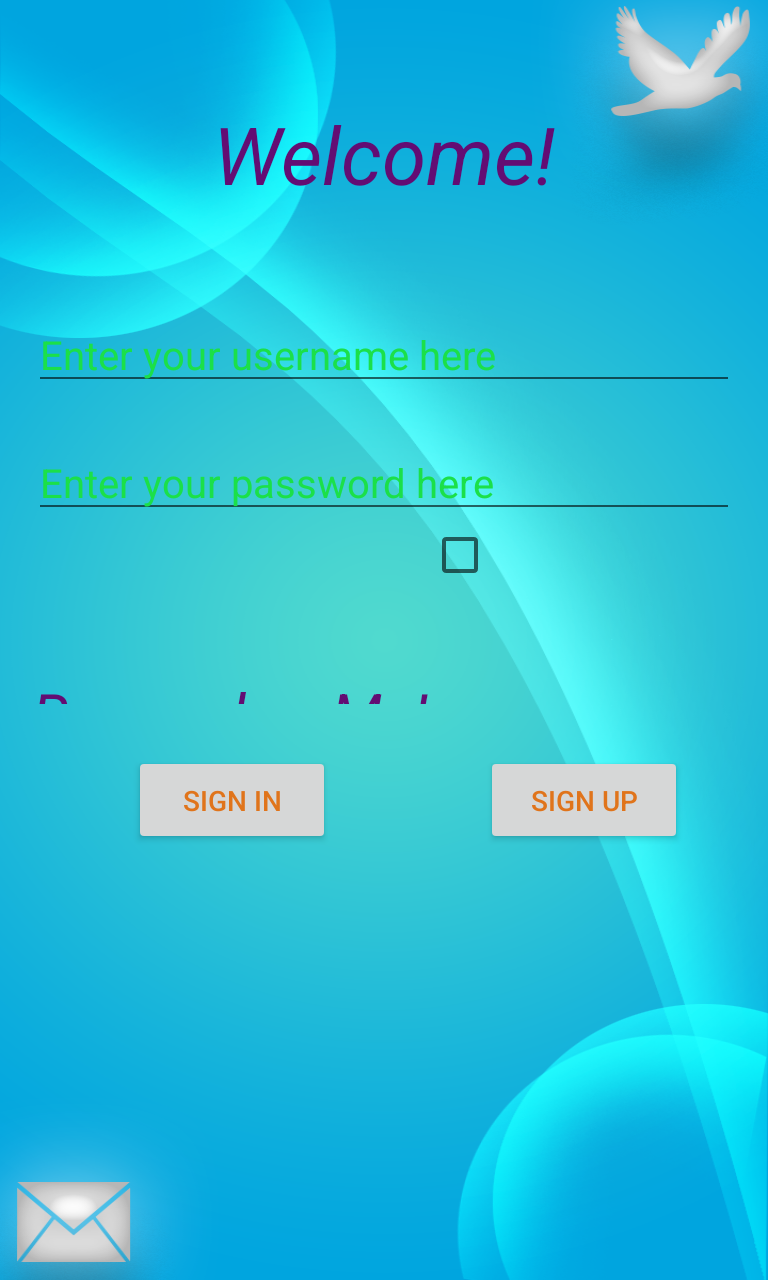
Repository: JodyCoolit/android
Layout: Delivery/res/layout/activity_login.xml
The author's editor kept a copy of each file at every save. The layout is drawn from the files as they stood at one save, then again after the next save.
It is drawn on a 768 x 1280 px phone screen (xhdpi) without system bars, with theme AppTheme; the app's code is not run.

Above is the layout before, as saved 2014-08-25 02:26:05.

After the next save:
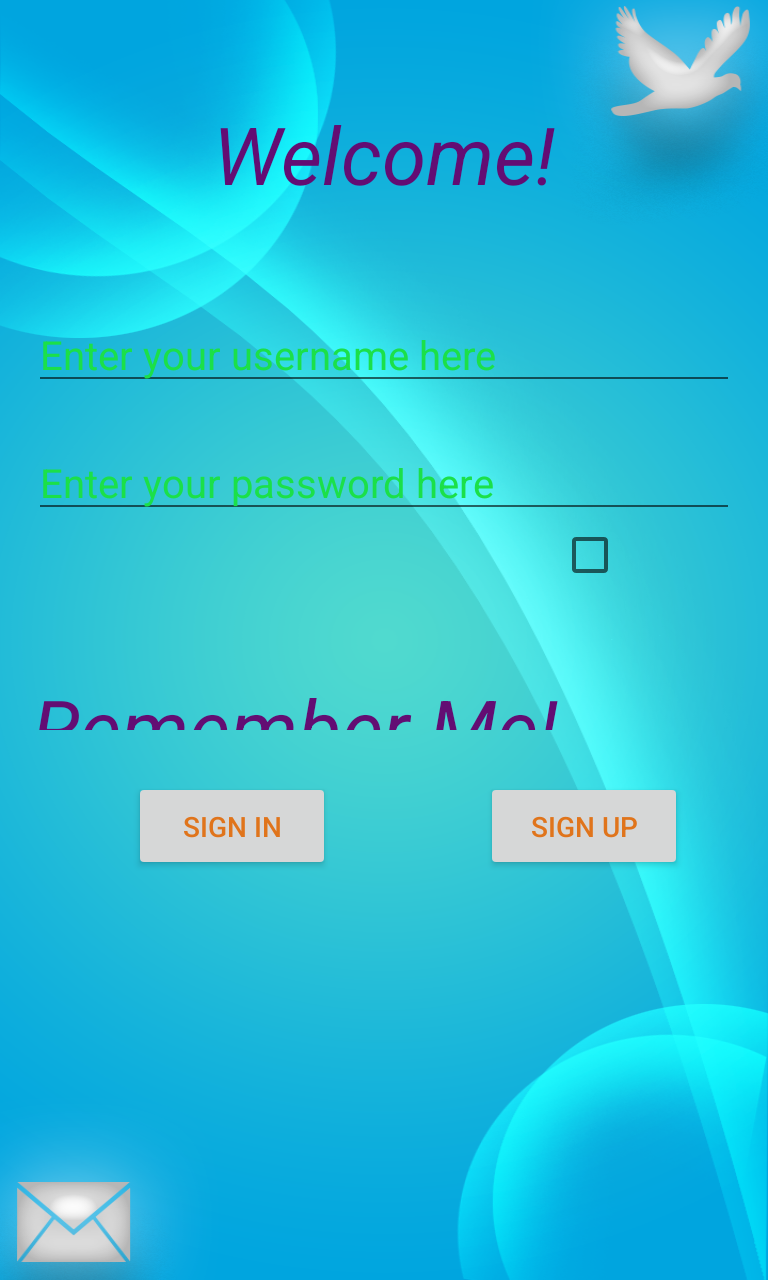
Saved 14 s later.
--- a/Delivery/res/layout/activity_login.xml
+++ b/Delivery/res/layout/activity_login.xml
@@ -50,7 +50,7 @@
         android:layout_width="wrap_content"
         android:layout_height="wrap_content"
         android:text="@string/rememberMe"
-        android:textSize="30sp"
+        android:textSize="40sp"
         android:layout_gravity="center"
         android:textStyle="italic"
         android:textColor="#630D73"
